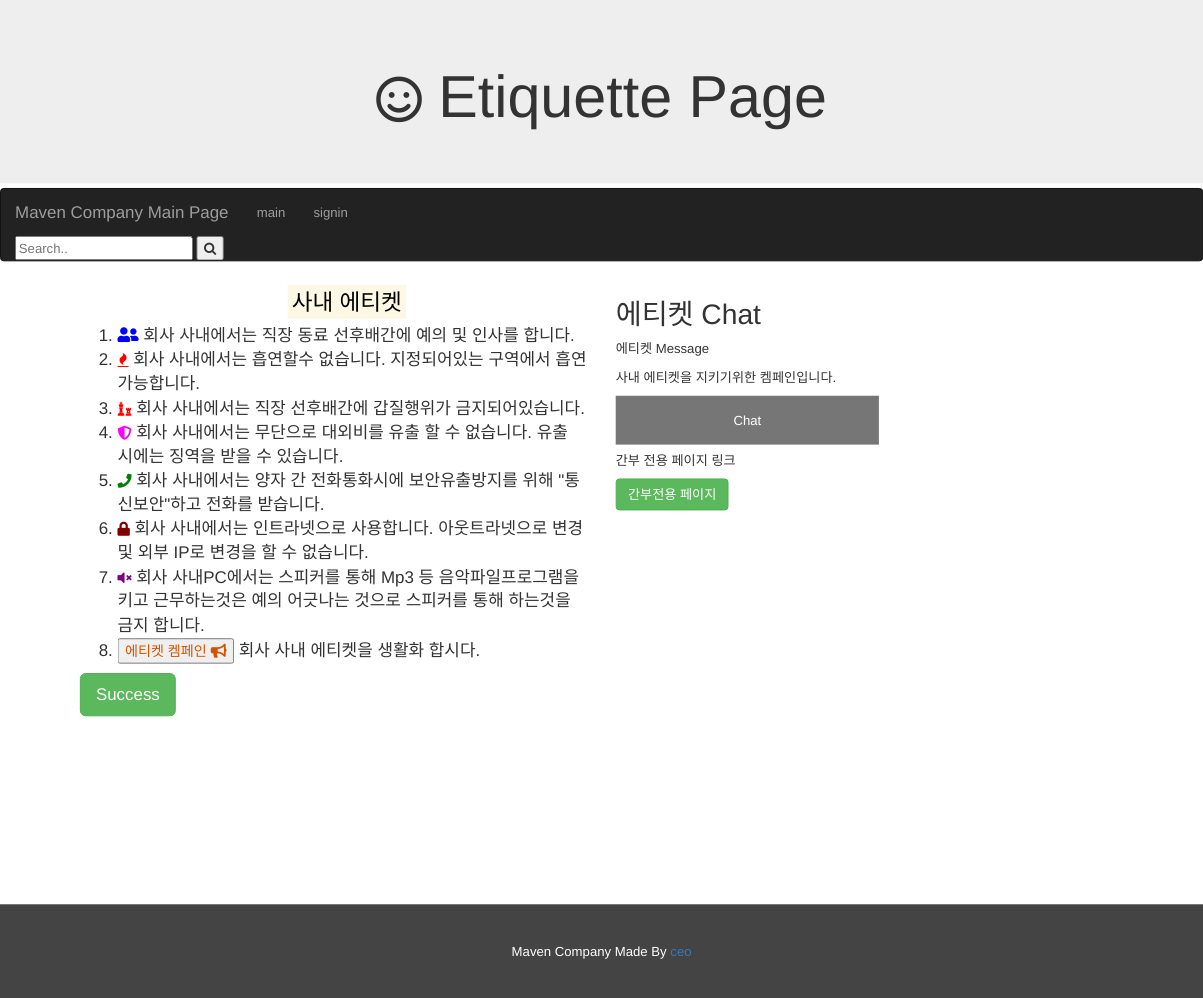
Repository: as2019a/spring
Page: http://localhost/ch19_project_mavenwebsite/WEB-INF/views/etiquette.jsp
The author's editor kept a copy of each file at every save. The page is drawn from the files as they stood at one save, then again after the next save.
The browser window is 1280 px wide. The pictures show the whole page, at 94% of full size.
Some web libraries are served in a nearby version. The page is served by Tomcat 9. Nobody is signed in. The template is opened directly, without the code that normally fills it, so the values that code supplies are empty.

Above is the page before, as saved 2019-01-29 07:58:49.

After the next save:
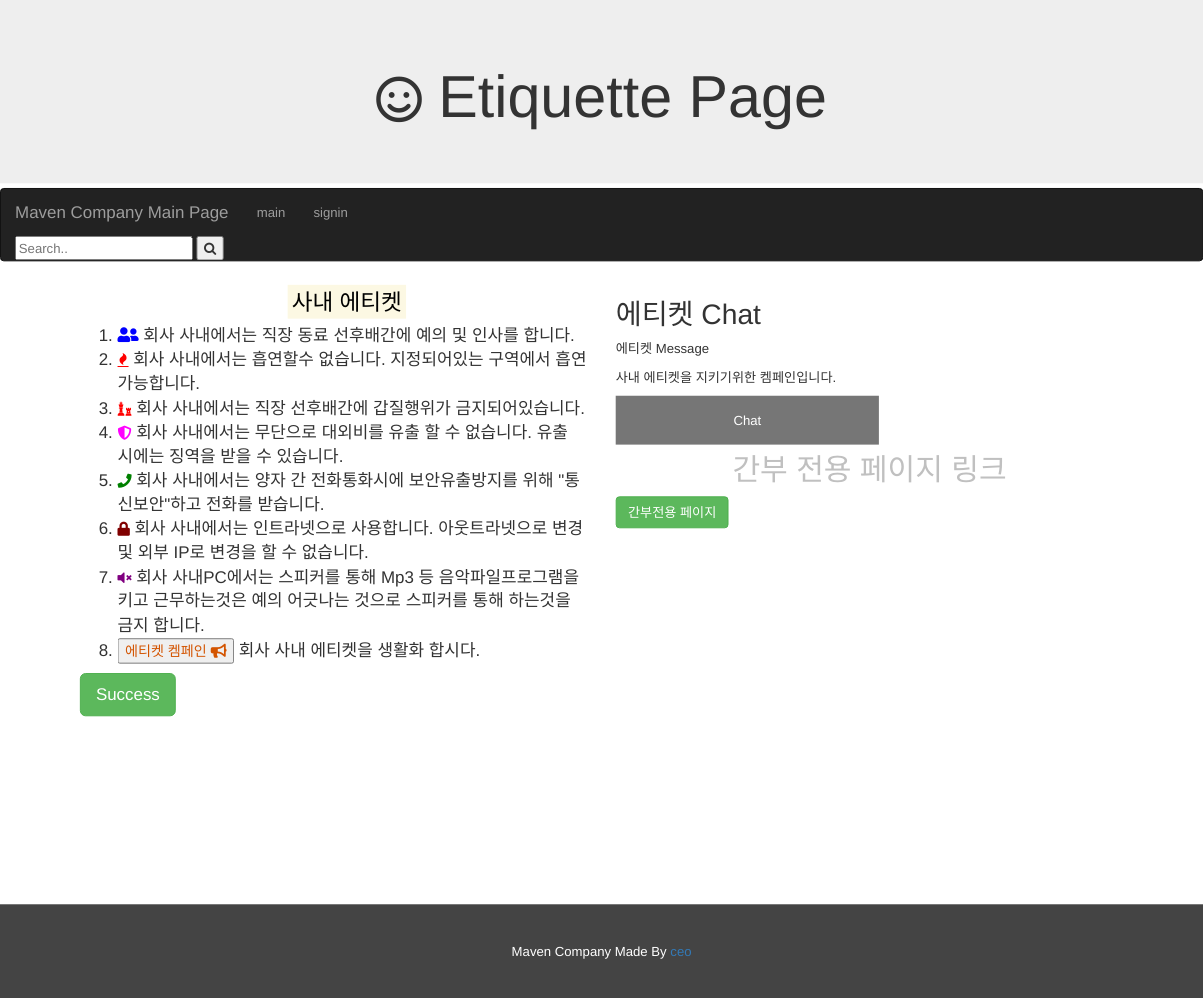
Saved 48 s later.
--- a/ch19_project_mavenwebsite/src/main/webapp/WEB-INF/views/etiquette.jsp
+++ b/ch19_project_mavenwebsite/src/main/webapp/WEB-INF/views/etiquette.jsp
@@ -250,8 +250,8 @@
 					  게시판에 post를 거쳐서 올라갑니다.">Message 루트</a>
 					</div>
 
-					<h5 title="간부전용 페이지로 간부외에 직원들은 접근권한이 없습니다.">간부 전용 페이지 링크</h5>
-					<a href="/onmanager" type="button" class="btn btn-success btn-ms" title="본 기업 간부전용 페이지 입니다.]">간부전용 페이지</a>
+					<h5 title="간부전용 페이지로 간부외에 직원들은 접근권한이 없습니다." style="text-align:center;font-size:xx-large;color:silver;">간부 전용 페이지 링크</h5>
+					<a href="/onmanager" type="button" class="btn btn-success btn-ms" title="본 기업 간부전용 페이지 입니다.">간부전용 페이지</a>
 				</div>
 			</div>
 		</div>
